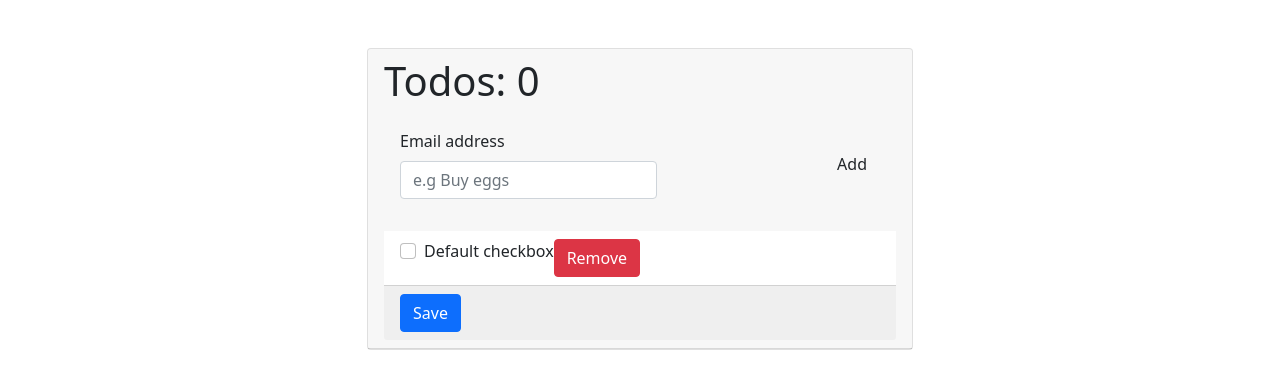
Repository: saidabbasun/TODO-react-redux
Page: /
These files come from the project's save history. The page is drawn as it stood at one moment and after the next save; the edit follows.
The browser window is 1280 px wide. The pictures show the whole page.
The project was rebuilt for these pictures with package versions that can differ from the ones it lists, and the page was loaded fresh each time.

Above is the page before, as saved 2022-05-17 12:09:02.

### public/index.html
<!DOCTYPE html>
<html lang="en">
  <head>
    <meta charset="utf-8" />

    <meta name="viewport" content="width=device-width, initial-scale=1" />
    <meta name="theme-color" content="#000000" />
    <meta
      name="description"
      content="Web site created using create-react-app"
    />
    <link href="https://cdn.jsdelivr.net/npm/bootstrap@5.0.2/dist/css/bootstrap.min.css" rel="stylesheet" integrity="sha384-EVSTQN3/azprG1Anm3QDgpJLIm9Nao0Yz1ztcQTwFspd3yD65VohhpuuCOmLASjC" crossorigin="anonymous">

    <title>React App</title>
  </head>
  <body>

    <div id="root"></div>

  </body>
</html>

### src/index.js
import React from 'react';
import ReactDOM from 'react-dom/client';
import App from './App';

const root = ReactDOM.createRoot(document.getElementById('root'));
root.render(
  <React.StrictMode>
    <App />
  </React.StrictMode>
);

### src/App.jsx
function App() {
  return (
    <div className="container">
      <div className="row">
        <div className="col-md-6 offset-md-3">
          <div className="card mt-5">
            <div className="card-header">
              <h1>Todos: 0</h1>
              <div>
                <div className="card-body">
                <form class="mb-3 d-flex justify-content-between align-items-center">
   <div> <label for="exampleFormControlInput1" class="form-label">Email address</label>
  <input type="text" class="form-control" id="exampleFormControlInput1" placeholder="e.g Buy eggs"/>
</div>
  <button className=" btn btn-succes"> Add</button>
</form>
                </div>
                  <ul class="list-group list-group-flush">
                    <li class="list-group-item d-flex ">
                  <div>
                  <input class="form-check-input me-2" type="checkbox" value="" id="flexCheckDefault"/>
                    <label class="form-check-label" for="flexCheckDefault">
                       Default checkbox
                    </label>
                  </div>
                  <button className="btn btn-danger">Remove</button>
                    </li>

                  </ul>

                <div className=" card-footer">
                  <button className="btn btn-primary">Save</button>
                </div>
              </div>
            </div>
          </div>
        </div>
      </div>
    </div>
  );
}

export default App;

After the next save:
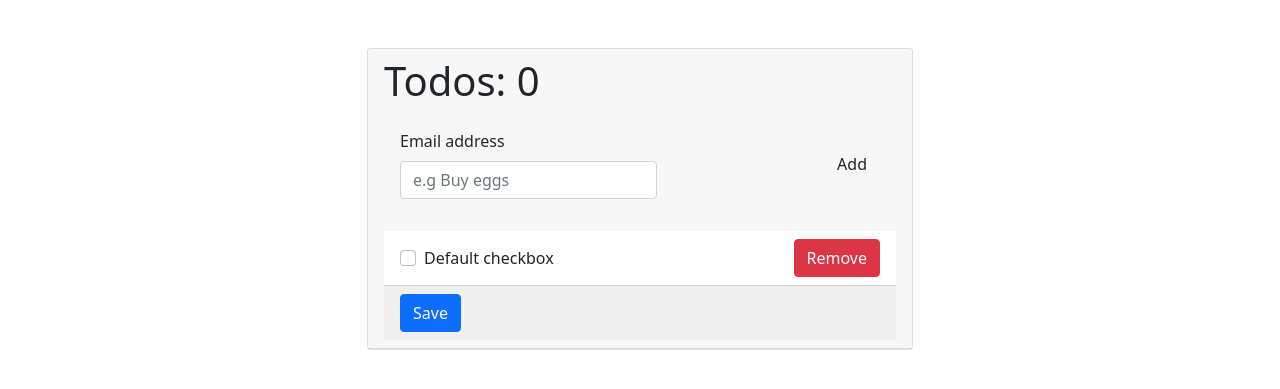
Saved 15 s later.
--- a/src/App.jsx
+++ b/src/App.jsx
@@ -16,7 +16,7 @@ function App() {
 </form>
                 </div>
                   <ul class="list-group list-group-flush">
-                    <li class="list-group-item d-flex ">
+                    <li class="list-group-item d-flex justify-content-between align-items-center ">
                   <div>
                   <input class="form-check-input me-2" type="checkbox" value="" id="flexCheckDefault"/>
                     <label class="form-check-label" for="flexCheckDefault">
